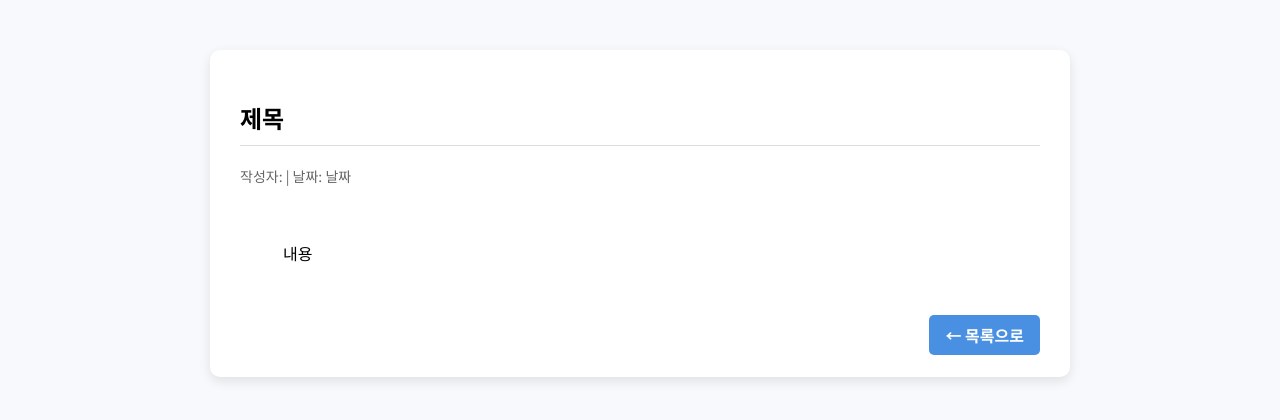
Repository: minho00123/sw-professional-training
Page: http://localhost/assignment/detail.jsp
An editor plug-in stored every save of this project. The page is shown before and after a run of saves, followed by the edit.
The browser window is 1280 px wide. The pictures show the whole page.
The page is served by Tomcat 9.

Above is the page before, as saved 2025-05-03 05:25:06.

After the next 2 saves:
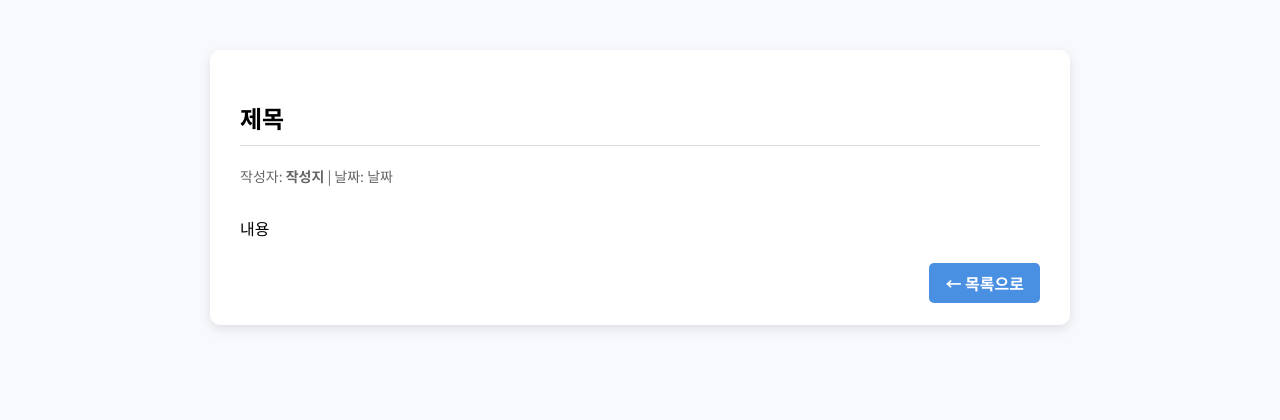
The 2 saves are shown as one change because they came seconds apart.
The last was saved 5 s later.
--- a/webWorkspace/assignment/WebContent/detail.jsp
+++ b/webWorkspace/assignment/WebContent/detail.jsp
@@ -1,81 +1,80 @@
-<%@ page contentType="text/html; charset=UTF-8" language="java" %>
+<%@ page contentType="text/html; charset=UTF-8" language="java"%>
 <!DOCTYPE html>
 <html>
 <head>
-    <meta charset="UTF-8">
-    <title><%= 0 %> - 게시판</title>
-    <link href="https://fonts.googleapis.com/css2?family=Noto+Sans+KR&display=swap" rel="stylesheet">
-    <style>
-        body {
-            font-family: 'Noto Sans KR', sans-serif;
-            background-color: #f7f9fc;
-            margin: 0;
-            padding: 0;
-        }
+<meta charset="UTF-8">
+<title><%=0%> - 게시판</title>
+<link
+	href="https://fonts.googleapis.com/css2?family=Noto+Sans+KR&display=swap"
+	rel="stylesheet">
+<style>
+body {
+	font-family: 'Noto Sans KR', sans-serif;
+	background-color: #f7f9fc;
+	margin: 0;
+	padding: 0;
+}
 
-        .container {
-            width: 80%;
-            max-width: 800px;
-            margin: 50px auto;
-            background-color: white;
-            padding: 30px;
-            border-radius: 10px;
-            box-shadow: 0 4px 12px rgba(0, 0, 0, 0.1);
-        }
+.container {
+	width: 80%;
+	max-width: 800px;
+	margin: 50px auto;
+	background-color: white;
+	padding: 30px;
+	border-radius: 10px;
+	box-shadow: 0 4px 12px rgba(0, 0, 0, 0.1);
+}
 
-        h2 {
-            border-bottom: 1px solid #ddd;
-            padding-bottom: 10px;
-        }
+h2 {
+	border-bottom: 1px solid #ddd;
+	padding-bottom: 10px;
+}
 
-        .info {
-            margin-top: 10px;
-            color: #666;
-            font-size: 14px;
-        }
+.info {
+	margin-top: 10px;
+	color: #666;
+	font-size: 14px;
+}
 
-        .content {
-            margin-top: 30px;
-            font-size: 16px;
-            line-height: 1.6;
-            white-space: pre-wrap;
-        }
+.content {
+	margin-top: 30px;
+	font-size: 16px;
+	line-height: 1.6;
+	white-space: pre-wrap;
+}
 
-        .btn-back {
-            margin-top: 30px;
-            text-align: right;
-        }
+.btn-back {
+	margin-top: 30px;
+	text-align: right;
+}
 
-        .btn-back a {
-            background-color: #4a90e2;
-            color: white;
-            padding: 8px 16px;
-            text-decoration: none;
-            border-radius: 5px;
-            font-weight: bold;
-        }
+.btn-back a {
+	background-color: #4a90e2;
+	color: white;
+	padding: 8px 16px;
+	text-decoration: none;
+	border-radius: 5px;
+	font-weight: bold;
+}
 
-        .btn-back a:hover {
-            background-color: #3b7dc4;
-        }
-    </style>
+.btn-back a:hover {
+	background-color: #3b7dc4;
+}
+</style>
 </head>
 <body>
-    <div class="container">
-        <h2>제목</h2>
+	<div class="container">
+		<h2>제목</h2>
 
-        <div class="info">
-            작성자: <strong작성지</strong> |
-            날짜: 날짜
-        </div>
+		<div class="info">
+			작성자: <strong>작성지</strong> | 날짜: 날짜
+		</div>
 
-        <div class="content">
-            내용
-        </div>
+		<div class="content">내용</div>
 
-        <div class="btn-back">
-            <a href="list.jsp">← 목록으로</a>
-        </div>
-    </div>
+		<div class="btn-back">
+			<a href="list.jsp">← 목록으로</a>
+		</div>
+	</div>
 </body>
 </html>
